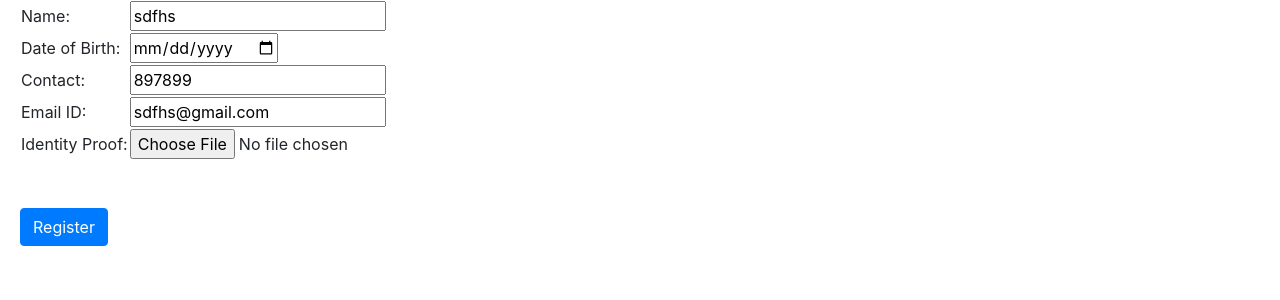
Repository: piyushrulesyou/CasinoGameApplication
Page: http://localhost/adminPanel/RegisterUser.jsp
The author's editor kept a copy of each file at every save. The page is drawn from the files as they stood at one save, then again after the next save.
The browser window is 1280 px wide. The pictures show the whole page.
The page is served by Tomcat 9. Nobody is signed in. The application's start-up code is not run. Other server files are loaded and not shown.

Above is the page before, as saved 2019-10-31 09:35:31.
Console error: TypeError: Cannot read properties of undefined (reading 'setDefaults')

### AdminPanel/adminPanel/src/main/webapp/RegisterUser.jsp
<%@page contentType="text/html;charset = UTF-8" language="java"%>
<%@page isELIgnored="false"%>

<!DOCTYPE html>
<html>
<head>
<meta charset="ISO-8859-1">
<title>Register</title>
<meta charset="utf-8">

<meta name="viewport" content="width=device-width, initial-scale=1">

<link rel="stylesheet"
	href="https://maxcdn.bootstrapcdn.com/bootstrap/4.3.1/css/bootstrap.min.css">
<script
	src="https://ajax.googleapis.com/ajax/libs/jquery/3.4.1/jquery.min.js"></script>
<script
	src="https://cdnjs.cloudflare.com/ajax/libs/popper.js/1.14.7/umd/popper.min.js"></script>
<script
	src="https://maxcdn.bootstrapcdn.com/bootstrap/4.3.1/js/bootstrap.min.js"></script>

<script>
	$(function() {
		$("#datepicker").datepicker();
	});
	$.datepicker.setDefaults({
		changeMonth : "true",
		changeYear : "true",
		yearRange : "-72:+38",
		showButtonPanel : "true"
	});
</script>

</head>
<body>

	<form action="registerUser" method="post">
<div class="form-check mb-2 mr-sm-2">

	<table>

	<tr>
		<td>Name:</td>
		<td><input type="text" id="customerName" name="customerName" placeholder="Enter name" value="sdfhs" required="required"></td>
	</tr>


	<tr>
		<td>Date of Birth:</td>
		<td><input type="date" name="dateOfBirth" id="dateOfBirth" placeholder="Enter DOB" required="required"></td>
	</tr>

	<tr>
		<td>Contact:</td>
		<td><input type="number" name="contactNumber" id="contactNumber" placeholder="Enter Contact Number" value=897899 required="required"></td>
	</tr>

	<tr>
		<td>Email ID:</td>
		<td><input type="email" id="emailID" name="emailID" placeholder="Enter email" value="sdfhs@gmail.com" required="required"></td>
	</tr>


	<tr>
		<td>Identity Proof:</td>
		<td><input type="file" id="idProof" name="idProof" accept="image/*" placeholder="ID Proof"></td>
	</tr>

	</table>





		<br><br>


		<button type="submit" class="btn btn-primary mb-2">Register</button>
		</div>
	</form>




</body>
</html>

After the next save:
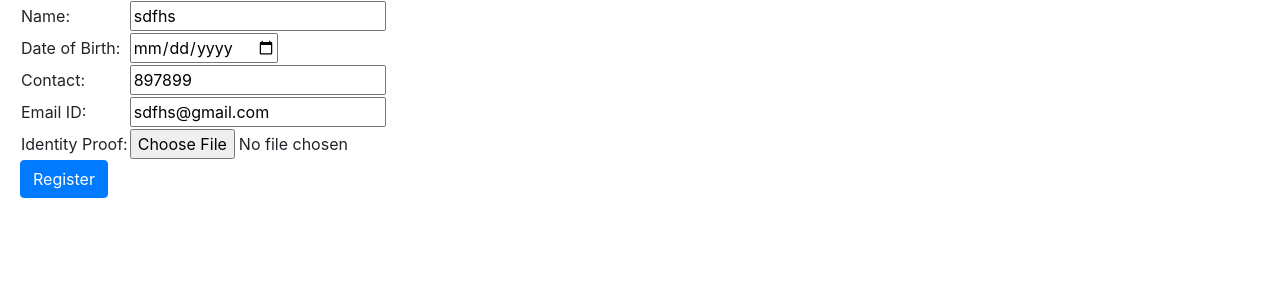
Saved 11 s later.
--- a/AdminPanel/adminPanel/src/main/webapp/RegisterUser.jsp
+++ b/AdminPanel/adminPanel/src/main/webapp/RegisterUser.jsp
@@ -35,44 +35,49 @@
 <body>
 
 	<form action="registerUser" method="post">
-<div class="form-check mb-2 mr-sm-2">
+		<div class="form-check mb-2 mr-sm-2">
 
-	<table>
+			<table>
 
-	<tr>
-		<td>Name:</td>
-		<td><input type="text" id="customerName" name="customerName" placeholder="Enter name" value="sdfhs" required="required"></td>
-	</tr>
+				<tr>
+					<td>Name:</td>
+					<td><input type="text" id="customerName" name="customerName"
+						placeholder="Enter name" value="sdfhs" required="required"></td>
+
+					</tr>
 
 
 	<tr>
 		<td>Date of Birth:</td>
-		<td><input type="date" name="dateOfBirth" id="dateOfBirth" placeholder="Enter DOB" required="required"></td>
+		<td><input type="date" name="dateOfBirth" id="dateOfBirth"
+						placeholder="Enter DOB" required="required"></td>
 	</tr>
 
 	<tr>
 		<td>Contact:</td>
-		<td><input type="number" name="contactNumber" id="contactNumber" placeholder="Enter Contact Number" value=897899 required="required"></td>
+		<td><input type="number" name="contactNumber" id="contactNumber"
+						placeholder="Enter Contact Number" value=897899
+						required="required"></td>
 	</tr>
 
 	<tr>
 		<td>Email ID:</td>
-		<td><input type="email" id="emailID" name="emailID" placeholder="Enter email" value="sdfhs@gmail.com" required="required"></td>
+		<td><input type="email" id="emailID" name="emailID"
+						placeholder="Enter email" value="sdfhs@gmail.com"
+						required="required"></td>
 	</tr>
 
 
 	<tr>
 		<td>Identity Proof:</td>
-		<td><input type="file" id="idProof" name="idProof" accept="image/*" placeholder="ID Proof"></td>
+		<td><input type="file" id="idProof" name="idProof"
+						accept="image/*" placeholder="ID Proof"></td>
 	</tr>
 
 	</table>
 
 
 
-
-
-		<br><br>
 
 
 		<button type="submit" class="btn btn-primary mb-2">Register</button>
